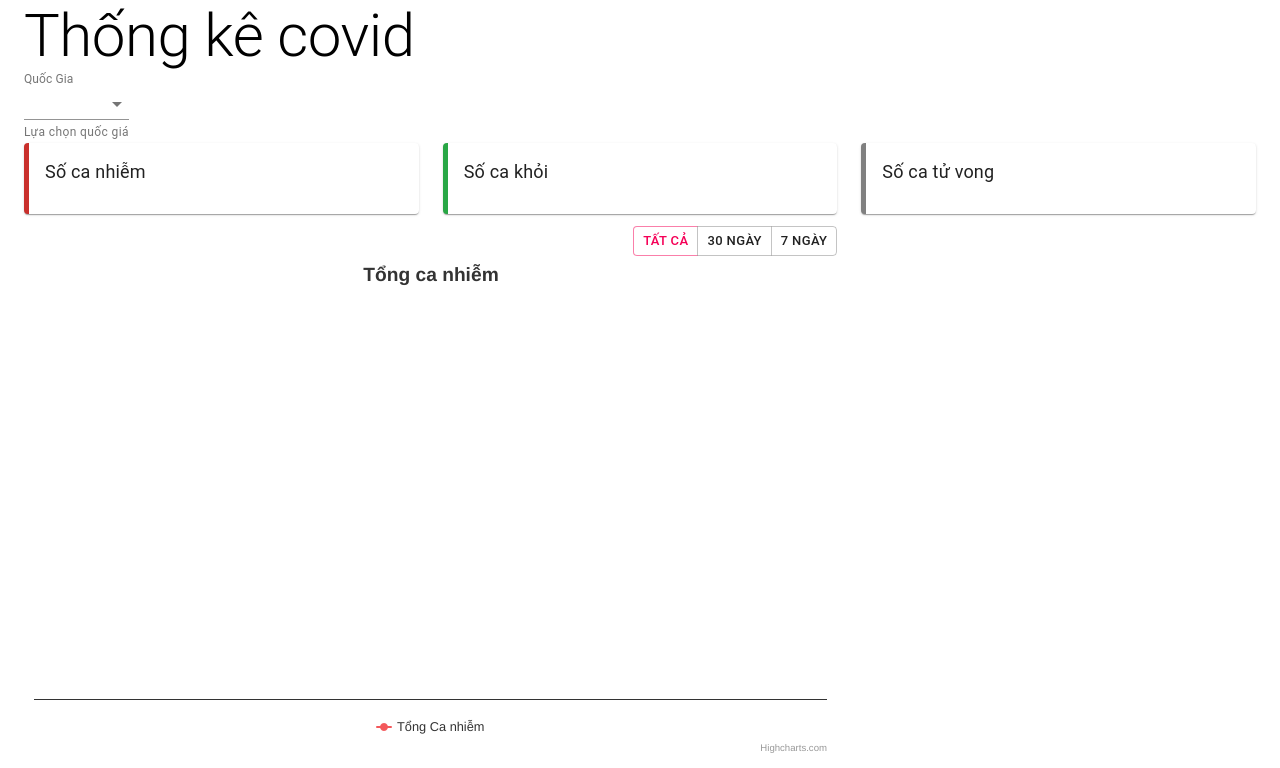
Repository: nguy3nds/covid-app
Page: /
These files come from the project's save history. The page is drawn as it stood at one moment and after the next save; the edit follows.
The browser window is 1280 px wide. The pictures show the whole page.
The page's requests for data from a server got no answer. The project was rebuilt for these pictures with package versions that can differ from the ones it lists, and the page was loaded fresh each time. No one was signed in, and anything a server would have sent is missing. Also part of the build but not shown: src/components/Charts/HighMaps/index.js.

Above is the page before, as saved 2021-10-08 05:06:54.

After the next save:
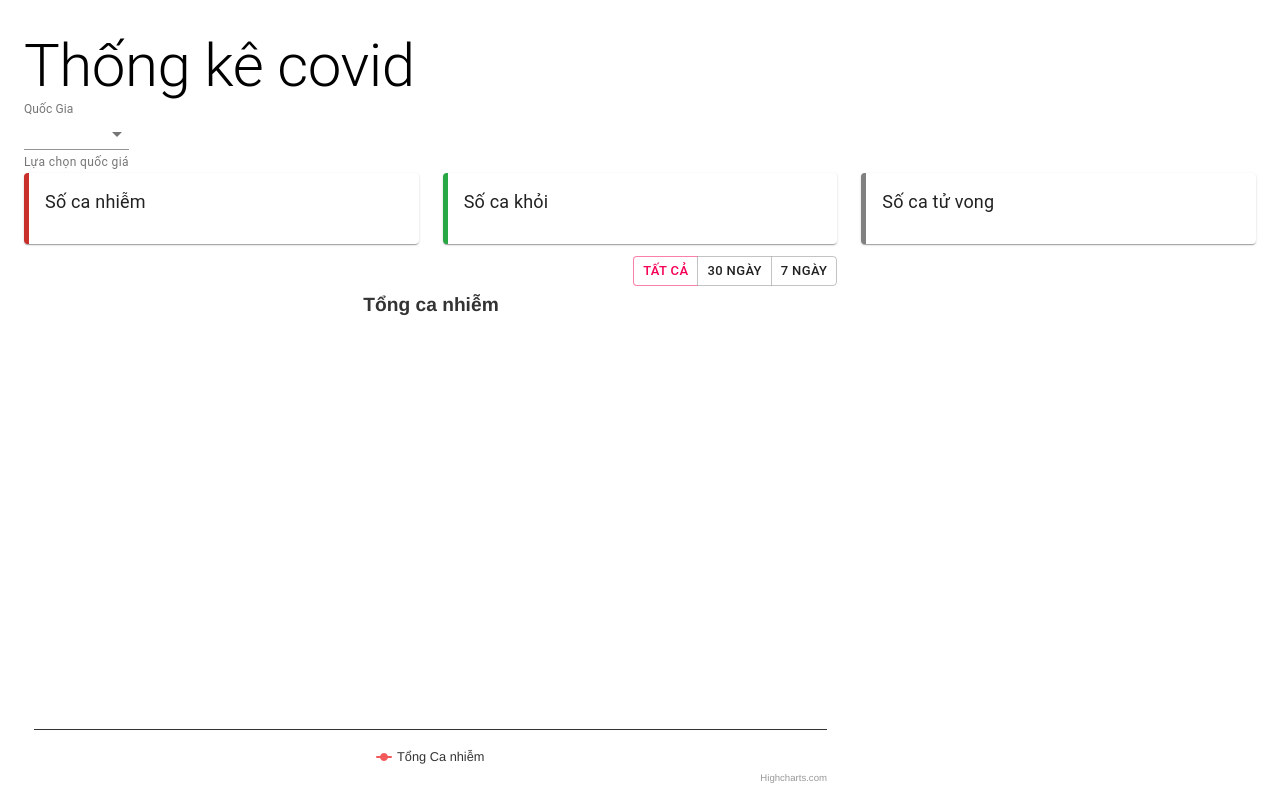
Saved 11 s later.
--- a/src/App.js
+++ b/src/App.js
@@ -37,7 +37,7 @@ function App() {
 
   return (
     <Container>
-      <Typography component="h1" variant="h2" className={{ marginTop: 30 }}>
+      <Typography component="h1" variant="h2" style={{ marginTop: 30 }}>
         Thống kê covid
       </Typography>
       <CountrySelector
